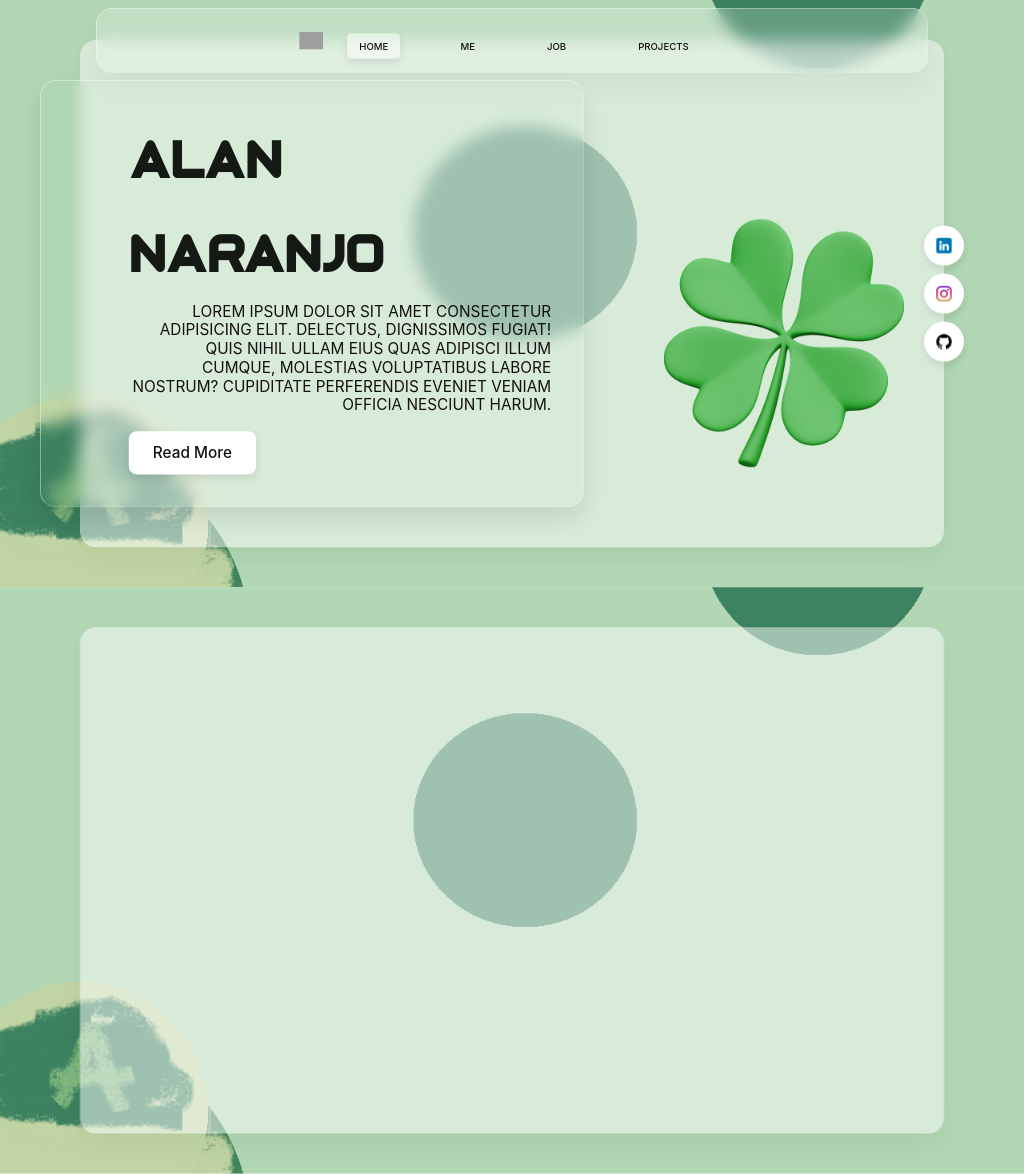
Repository: L-A-M-J-O/Me-sitio-Web
Page: / (app in my-project/)
An editor plug-in stored every save of this project. The page is shown before and after the next save, followed by the edit.
The browser window is 1280 px wide. The pictures show the whole page, at 80% of full size.
Pictures or frames that could not be fetched are drawn as grey boxes. Backgrounds fixed to the window are drawn as part of the page. The project was rebuilt for these pictures with package versions that can differ from the ones it lists, and the page was loaded fresh each time.

Above is the page before, as saved 2022-09-19 16:42:15.

After the next save:
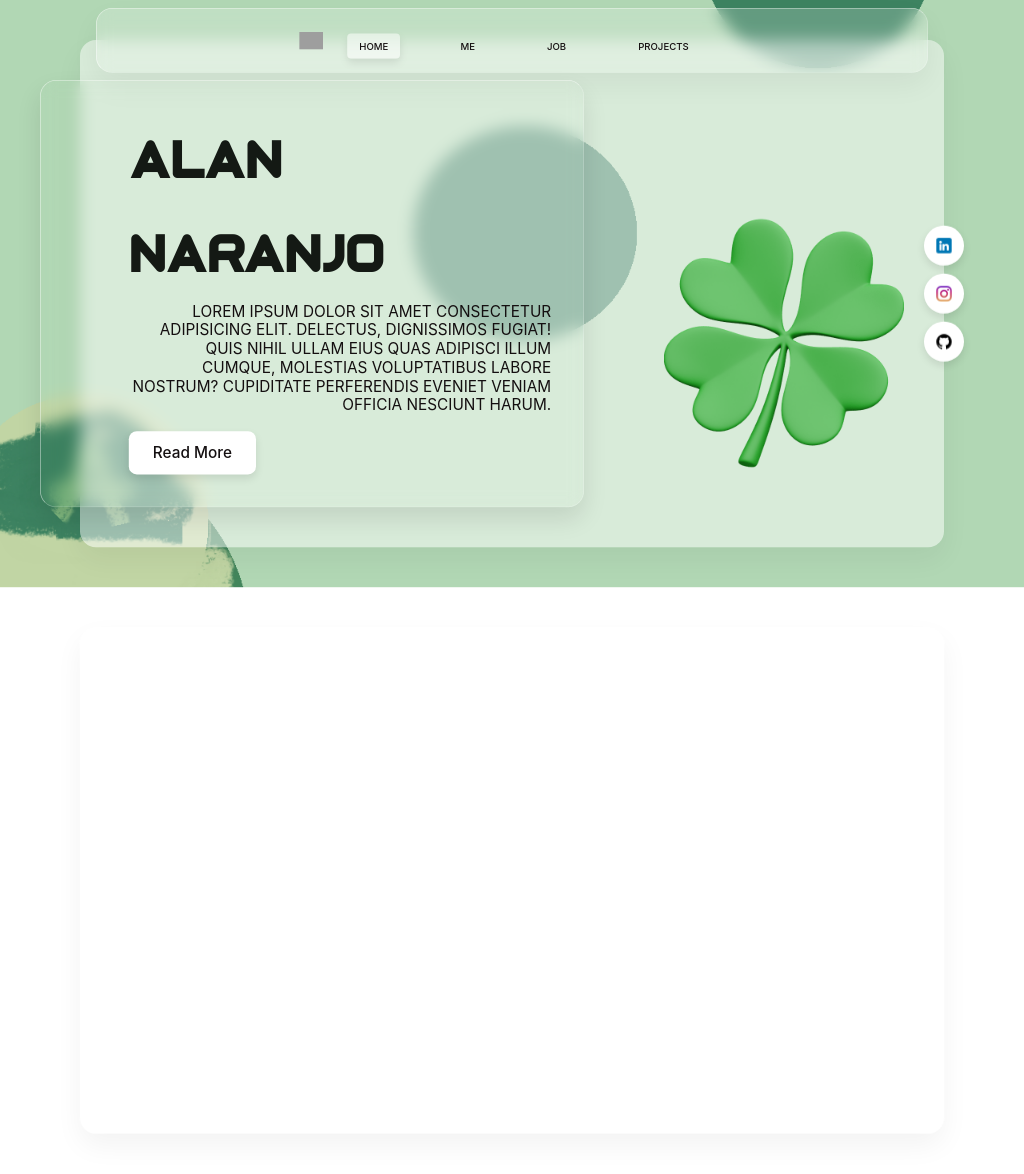
Saved 7 s later.
--- a/my-project/src/components/Me/Me.css
+++ b/my-project/src/components/Me/Me.css
@@ -3,7 +3,7 @@
         justify-content: center;
         align-items: center;
         min-height: 100vh;
-        background-image: url(../../assets/img/banner.png);
+        background-color: ;
         background-position: center;
         background-attachment: fixed;
         padding: 50px;
